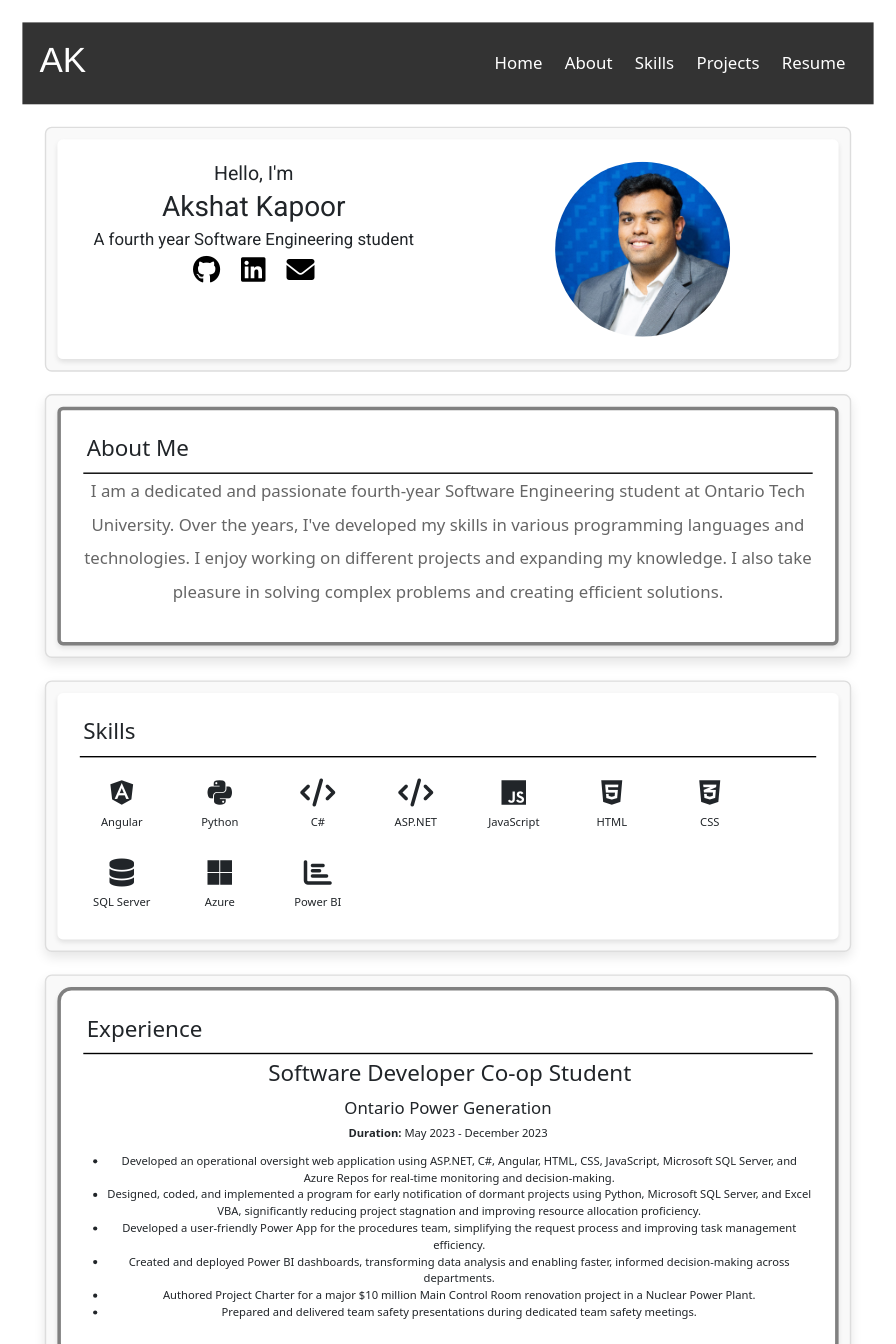
Repository: AkshatKapo/My-Portfolio
Page: /
The author's editor kept a copy of each file at every save. The page is drawn from the files as they stood at one save, then again after the next save.
The browser window is 1280 px wide. The pictures show the part of the page from y = 0 to 1920 px (the page is 3269 px tall before and 3301 px after), at 70% of full size.
The project was rebuilt for these pictures with package versions that can differ from the ones it lists, and the page was loaded fresh each time. Also part of the build but not shown: vite.config.js.

Above is the page before, as saved 2024-06-18 09:41:14.

### index.html
<!DOCTYPE html>
<html lang="en">
  <head>
    <meta charset="UTF-8" />
    <link rel="stylesheet" href="https://cdnjs.cloudflare.com/ajax/libs/font-awesome/6.0.0-beta3/css/all.min.css">
    <link rel="stylesheet" href="https://maxcdn.bootstrapcdn.com/bootstrap/4.5.2/css/bootstrap.min.css">

    <meta name="viewport" content="width=device-width, initial-scale=1.0" />
    <title>Vite + React</title>
  </head>
  <body>
    <div id="root"></div>
    <script type="module" src="/src/main.jsx"></script>
  </body>
</html>

### src/main.jsx
import React from 'react'
import ReactDOM from 'react-dom/client'
import App from './App'
import './index.css'
import 'bootstrap/dist/css/bootstrap.min.css';


ReactDOM.createRoot(document.getElementById('root')).render(
  <React.StrictMode>
    <App />
  </React.StrictMode>,
)

### src/index.css
body {
    font-family: 'Segoe UI', Tahoma, Geneva, Verdana, sans-serif;
    background-color:#ccddff;
    color:black;
    margin: 0;
    padding: 0;
  }


  #root {
    display: flex;
    flex-direction: column;
    min-height: 100vh;
  }

### src/App.css
#root {
  max-width: 1280px;
  margin: 0 auto;
  padding: 2rem;
  text-align: center;
}
.reveal {
  opacity: 0;
  transform: translateY(100px);
  transition: opacity 0.6s ease-out, transform 0.6s ease-out;
}

.reveal.active {
  opacity: 1;
  transform: translateY(0);
}

### src/components/Header.jsx
import React from 'react'
import './Header.css'

const Header = () => {
  return (
    <header>
      <h1 className='title'>AK</h1>
      <nav>
        <ul>
          <li><a href="#home">Home</a></li>
          <li><a href="#about">About</a></li>
          <li><a href="#skills">Skills</a></li>
          <li><a href="#projects">Projects</a></li>
          <li><a href="/Akshat_Kapoor_Resume.pdf">Resume</a></li>
        </ul>
      </nav>
    </header>
  )
}

export default Header

### src/components/Home.jsx
import React from "react";
import "./Home.css";

const Home = () => {
  return (
    <div className="reveal">
      <section id="home">
        <div className="home-content">
          <div className="text-content">
            <h3>Hello, I'm</h3>
            <h1>Akshat Kapoor</h1>
            <h4>A fourth year Software Engineering student</h4>
            <div className="social-icons">
              <a href="https://github.com/yourusername" target="_blank" rel="noopener noreferrer">
                <i className="fab fa-github"></i>
              </a>
              <a href="https://www.linkedin.com/in/yourusername" target="_blank" rel="noopener noreferrer">
                <i className="fab fa-linkedin"></i>
              </a>
              <a href="mailto:youremail@gmail.com" target="_blank" rel="noopener noreferrer">
                <i className="fas fa-envelope"></i>
              </a>
            </div>
          </div>
          <div id="line"></div>
          <div className="image-content">
            <img
              src="/assets/images/1666144074188.jpeg"
              alt="Akshat Kapoor"
              className="profile-image"
            />
          </div>
        </div>
      </section>
    </div>
  );
};

export default Home;

### src/components/About.jsx
import React from 'react';
import './About.css';

function About() {
  return (
    <section id="about">
      <div id='about-content'>
       <h2>About Me</h2>
       <div className='seperator'>


       </div>
       <p>I am a dedicated and passionate fourth-year Software Engineering student at Ontario Tech University. Over the years, I've developed my skills in various programming languages and technologies. I enjoy working on different projects and expanding my knowledge. I also take pleasure in solving complex problems and creating efficient solutions. </p>
      </div>
    </section>
  );
}

export default About;

### src/components/Experience.jsx
import React from 'react'
import './Experience.css'

const Experience = () => {
  return (
    <div className="reveal">
      <section id="experience">
        <div id="experience-content">
          <h2>Experience</h2>
          <div className="divider1"></div>
          <div>
            <h3>Software Developer Co-op Student</h3>
            <h4>Ontario Power Generation</h4>
            <p>
              <strong>Duration:</strong> May 2023 - December 2023
            </p>
            <ul>
              <li>Developed an operational oversight web application using ASP.NET, C#, Angular, HTML, CSS, JavaScript, Microsoft SQL Server, and Azure Repos for real-time monitoring and decision-making.</li>
              <li>Designed, coded, and implemented a program for early notification of dormant projects using Python, Microsoft SQL Server, and Excel VBA, significantly reducing project stagnation and improving resource allocation proficiency.</li>
              <li>Developed a user-friendly Power App for the procedures team, simplifying the request process and improving task management efficiency.</li>
              <li>Created and deployed Power BI dashboards, transforming data analysis and enabling faster, informed decision-making across departments.</li>
              <li>Authored Project Charter for a major $10 million Main Control Room renovation project in a Nuclear Power Plant.</li>
              <li>Prepared and delivered team safety presentations during dedicated team safety meetings.</li>
            </ul>
          </div>
        </div>
      </section>
    </div>
  )
}

export default Experience

### src/components/Contact.jsx
import React from "react";
import "./Contact.css";

const Contact = () => {
  return (
    <footer id="footer">
      <div className="footer-content">
        <ul className="footer-icons">
          <li>
            <a
              href="https://github.com/yourusername"
              target="_blank"
              rel="noopener noreferrer"
            >
              <i className="fab fa-github"></i>
            </a>
          </li>
          <li>
            <a
              href="https://www.linkedin.com/in/yourusername"
              target="_blank"
              rel="noopener noreferrer"
            >
              <i className="fab fa-linkedin"></i>
            </a>
          </li>
          <li>
            <a
              href="mailto:youremail@gmail.com"
              target="_blank"
              rel="noopener noreferrer"
            >
              <i className="fas fa-envelope"></i>
            </a>
          </li>
        </ul>

      </div>
      <p className="footer-copy">© 2024 Akshat Kapoor</p>
    </footer>
  );
};

export default Contact;

### src/components/skill.jsx
import React from 'react'
import './skill.css'

const skills = [
    { name: "Angular", icon: "fab fa-angular" },
    { name: "Python", icon: "fab fa-python" },
    { name: "C#", icon: "fas fa-code" },
    { name: "ASP.NET", icon: "fas fa-code" },
    { name: "JavaScript", icon: "fab fa-js" },
    { name: "HTML", icon: "fab fa-html5" },
    { name: "CSS", icon: "fab fa-css3-alt" },
    { name: "SQL Server", icon: "fas fa-database" },
    { name: "Azure", icon: "fab fa-microsoft" },
    { name: "Power BI", icon: "fas fa-chart-bar" },
  ];

function skill() {
  return (
    <div className="reveal">
      <section id="skills">
        <div className="skills-content">
          <h2>Skills</h2>
          <div className="separator"></div>
          <div className="skills-list">
            {skills.map((skill) => (
              <div className="skill" key={skill.name}>
                <i className={skill.icon}></i>
                <p>{skill.name}</p>
              </div>
            ))}
          </div>
        </div>
      </section>
    </div>
  )
}

export default skill

### src/components/Header.css
header {
  background-color: #333;
  color: white;
  padding: 2%;
  display: flex;
  justify-content: space-between;
  align-items: center;

    /* text-align: center; */
  }
  .title {
    font-family: 'Helvetica', sans-serif;
    font-size: 50px;
    background:white;
    -webkit-background-clip: text;
    color: transparent;
  }


  nav ul {
    list-style-type: none;
    padding: 0;
    margin: 0;
    display: flex;
  }

  nav ul li {
    margin: 0 1rem;
  }

  nav ul li a {
    color: white;
    text-decoration: none;
    font-size: 150%;
  }

### src/components/Home.css
@import url('https://fonts.googleapis.com/css2?family=Roboto:wght@300;400;700&display=swap');

#home {
  padding: 1rem;
  display: flex;
  justify-content: center;
  align-items: center;
  background-color: #f9f9f9;
  border: 2px solid #ddd; /* Light border */
  border-radius: 10px; /* Rounded corners */
  margin: 2rem; /* Margin to ensure it doesn’t touch the edges of the container */
}

.home-content {
  display: flex;
  justify-content: space-between;
  width: 100%;
  max-width: 1200px; /* Adjust the max-width as needed */
  background: #fff; /* Background for the content */
  padding: 2rem; /* Padding around the content */
  box-shadow: 0 4px 8px rgba(0, 0, 0, 0.1); /* Shadow for styling */
  border-radius: 8px; /* Rounded corners */
}

.text-content {
  flex: 1;
  padding-right: 1rem;
  font-family: 'Roboto', sans-serif;
}

.text-content h2 {
  font-size: 2.5rem; /* Adjust the font size as needed */
  font-weight: 900;
  color: #333;
  margin-bottom: 1rem;
}

.text-content p {
  font-size: 1rem; /* Adjust the font size as needed */
  line-height: 1.6; /* Adjust the line height as needed */
  color: #666;
  font-weight: 300;
}

.image-content {
  flex: 1;
  display: flex;
  justify-content: center;
}

.profile-image {
  width: 250px;
  height: 250px;
  border-radius: 50%;
  object-fit: cover;
}

.social-icons {
  display: flex;
  gap: 30px; /* Adjust the spacing between icons */
  justify-content: center;
}

.social-icons a {
  color: #000; /* Change the color if needed */
  text-decoration: none;
}

.social-icons .icon {
  width: 40px; /* Adjust the size of the icons */
  height: 40px; /* Adjust the size of the icons */
}

.social-icons i {
  font-size: 40px; /* Adjust the size of the font-awesome icons */
}

/* Add hover effect if desired */
.social-icons a:hover {
  opacity: 0.7; /* Example hover effect */
}

#line {
  border-left: 2px solid black;
  height: 100%; /* Set to the desired height */
  margin: 0 20px; /* Adjust as needed to create space around the line */
}

### src/components/Experience.css
#experience {
  padding: 1rem;
  display: flex;
  background-color: #f9f9f9;
  border: 2px solid #ddd; /* Light border */
  border-radius: 10px; /* Rounded corners */
  box-shadow: 0 8px 16px rgba(0, 0, 0, 0.1); /* Shadow for depth */
  margin: 2rem; /* Margin to ensure it doesn’t touch the edges of the container */
  }
  #experience-content{
    display: table-column;
    justify-content: space-between;
    width: 100%;
    max-width: 1200px; /* Adjust the max-width as needed */
    background: #fff; /* Background for the content */
    padding: 2rem; /* Padding around the content */
    box-shadow: 0 4px 8px rgba(0, 0, 0, 0.1); /* Shadow for styling */
    border-radius: 20px; /* Rounded corners */
    border: 5px solid grey;
  }
  #experience h2 {
    font-size: 2rem;
    text-align: left; /* This will align the heading to the left */
    margin-bottom: 1rem; /* Adding some space between the heading and the paragraph */
    margin-top: 0.2rem;
    margin-left: 0.3rem;

  }
  .divider1 {
    border-top: 2px solid black;
    width: 100%; /* Adjust as needed */
    margin: 20px 3; /* Adjust as needed */
  }
  #experience h3 {
    font-size: 2rem;
    text-align: center;
    margin-bottom: 1rem; /* Adding some space between the heading and the paragraph */
    margin-top: 0.5rem;
    margin-left: 0.3rem;

  }
  .experience-content ul {
    list-style-type: disc; /* or another type of bullet, like circle or square */
    margin-left: 20px;
  }

  .experience-content li {
    margin-bottom: 10px;
  }

### src/components/Contact.css
#footer {
  background-color: #333;
  padding: 1rem 0;
  text-align: center;
  color: white;
}

.footer-content {
  display: flex;
  justify-content: center;
  align-items: center;
  margin-bottom: 1rem;
}

.footer-icons {
  list-style: none;
  padding: 0;
  margin: 0;
  text-align: center;
}

.footer-icons li {
  display: inline-block;
  margin: 0 20px; /* Increased margin for more gap between icons */
}

.footer-icons li a {
  color: grey; /* Change color as needed */
  font-size: 40px; /* Adjust size as needed */
  text-decoration: none;
}

.footer-icons li a:hover {
  color: #007bff; /* Change color on hover as needed */
}
.footer-copy {
  margin-top: 1rem;
  font-size: 16px;
  color: #aaa;
}

### src/components/skill.css
#skills {
  padding: 1rem;
  display: flex;
  background-color: #f9f9f9;
  border: 2px solid #ddd; /* Light border */
  border-radius: 10px; /* Rounded corners */
  box-shadow: 0 8px 16px rgba(0, 0, 0, 0.1); /* Shadow for depth */
  margin: 2rem; /* Margin to ensure it doesn’t touch the edges of the container */
}

.skills-content {
  display: table-column;
  justify-content: space-between;
  width: 100%;
  max-width: 1200px; /* Adjust the max-width as needed */
  background: #fff; /* Background for the content */
  padding: 2rem; /* Padding around the content */
  box-shadow: 0 4px 8px rgba(0, 0, 0, 0.1); /* Shadow for styling */
  border-radius: 8px; /* Rounded corners */
}

.skills-list {
  display: flex;
  flex-wrap: wrap;
  gap: 20px;
}

#skills h2 {
  font-size: 2rem;
  text-align: left; /* This will align the heading to the left */
  margin-bottom: 1rem; /* Adding some space between the heading and the paragraph */
  margin-top: 0.2rem;
  margin-left: 0.3rem;
}

.skill {
  display: flex;
  flex-direction: column;
  align-items: center;
  width: 100px;
  margin: 10px;
}

.skill i {
  font-size: 40px;
  margin-bottom: 10px;
}

.skill p {
  font-size: 16px;
  margin: 0;
}

.separator {
  height: 2px;
  width: 100%; /* Set to 100% to fill the parent container */
  background-color: #000;
  margin: 10px auto 20px;
}

Loaded but not shown: src/components/projects.css (103 lines, source omitted); src/components/projects.jsx (77 lines, source omitted); src/App.jsx (62 lines, source omitted); src/components/About.css (92 lines, source omitted)

After the next save:
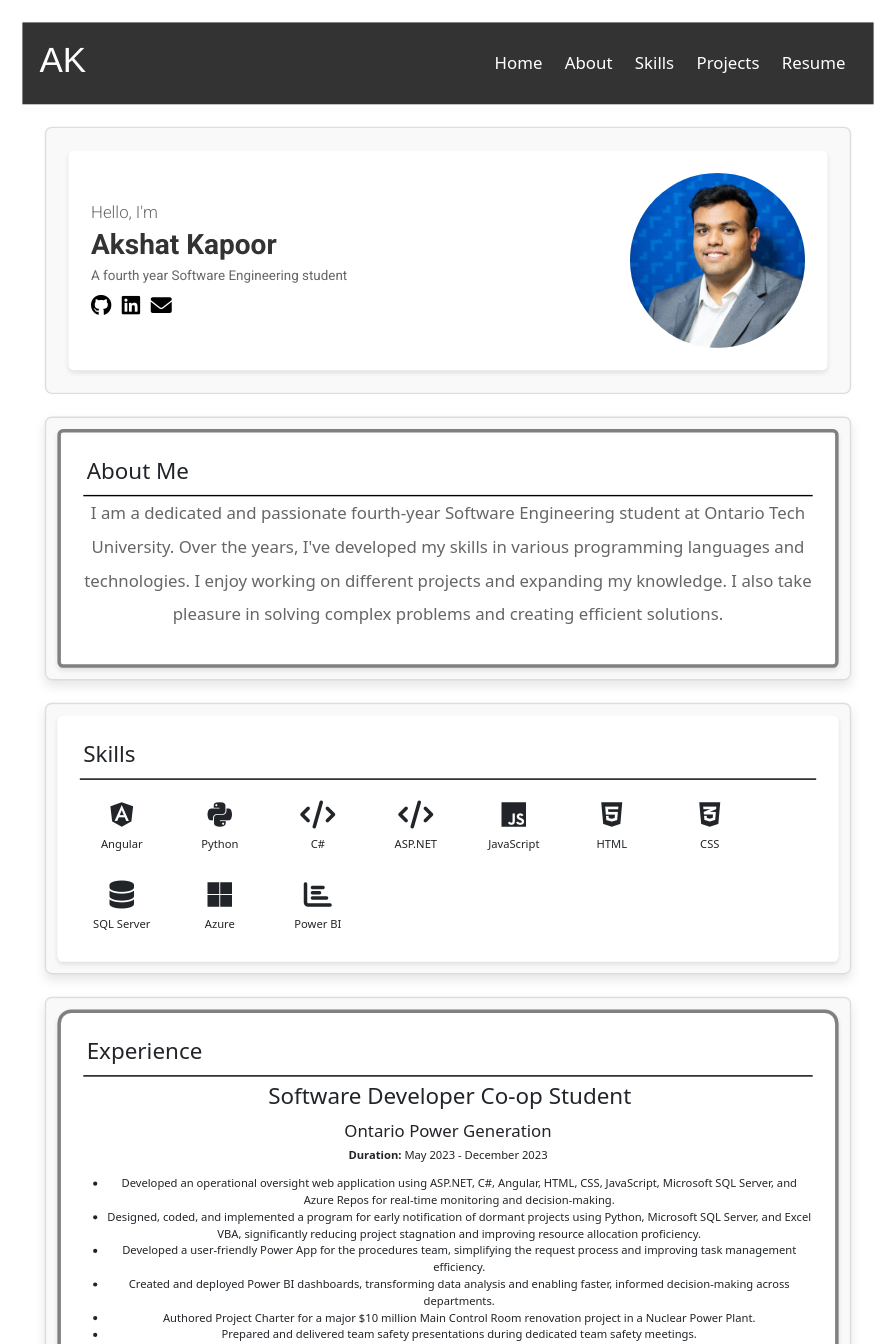
Saved 7 min 44 s later.
--- a/src/components/Home.css
+++ b/src/components/Home.css
@@ -1,7 +1,7 @@
 @import url('https://fonts.googleapis.com/css2?family=Roboto:wght@300;400;700&display=swap');
 
 #home {
-  padding: 1rem;
+  padding: 2rem;
   display: flex;
   justify-content: center;
   align-items: center;
@@ -14,6 +14,7 @@
 .home-content {
   display: flex;
   justify-content: space-between;
+  align-items: center;
   width: 100%;
   max-width: 1200px; /* Adjust the max-width as needed */
   background: #fff; /* Background for the content */
@@ -24,41 +25,52 @@
 
 .text-content {
   flex: 1;
-  padding-right: 1rem;
+  padding-right: 1.5rem;
   font-family: 'Roboto', sans-serif;
+  text-align: left;
 }
 
-.text-content h2 {
+.text-content h3 {
+  font-size: 1.5rem; /* Adjust the font size as needed */
+  font-weight: 300;
+  color: #666;
+  margin-bottom: 0.5rem;
+}
+
+.text-content h1 {
   font-size: 2.5rem; /* Adjust the font size as needed */
-  font-weight: 900;
+  font-weight: 700;
   color: #333;
+  margin-bottom: 0.5rem;
+}
+
+.text-content h4 {
+  font-size: 1.2rem; /* Adjust the font size as needed */
+  font-weight: 400;
+  color: #666;
   margin-bottom: 1rem;
 }
 
-.text-content p {
-  font-size: 1rem; /* Adjust the font size as needed */
-  line-height: 1.6; /* Adjust the line height as needed */
-  color: #666;
-  font-weight: 300;
-}
-
 .image-content {
-  flex: 1;
+  flex: 0 0 250px;
   display: flex;
   justify-content: center;
+  align-items: center;
 }
 
 .profile-image {
-  width: 250px;
-  height: 250px;
+  width: 100%;
+  height: auto;
+  max-width: 250px;
+  max-height: 250px;
   border-radius: 50%;
   object-fit: cover;
 }
 
 .social-icons {
   display: flex;
-  gap: 30px; /* Adjust the spacing between icons */
-  justify-content: center;
+  gap: 15px; /* Adjust the spacing between icons */
+  justify-content: flex-start;
 }
 
 .social-icons a {
@@ -66,13 +78,8 @@
   text-decoration: none;
 }
 
-.social-icons .icon {
-  width: 40px; /* Adjust the size of the icons */
-  height: 40px; /* Adjust the size of the icons */
-}
-
 .social-icons i {
-  font-size: 40px; /* Adjust the size of the font-awesome icons */
+  font-size: 30px; /* Adjust the size of the font-awesome icons */
 }
 
 /* Add hover effect if desired */
@@ -82,6 +89,6 @@
 
 #line {
   border-left: 2px solid black;
-  height: 100%; /* Set to the desired height */
-  margin: 0 20px; /* Adjust as needed to create space around the line */
+  height: auto; /* Set to auto to match the height of the content */
+  margin: 0 2rem; /* Adjust as needed to create space around the line */
 }

After the 3 saves that followed:
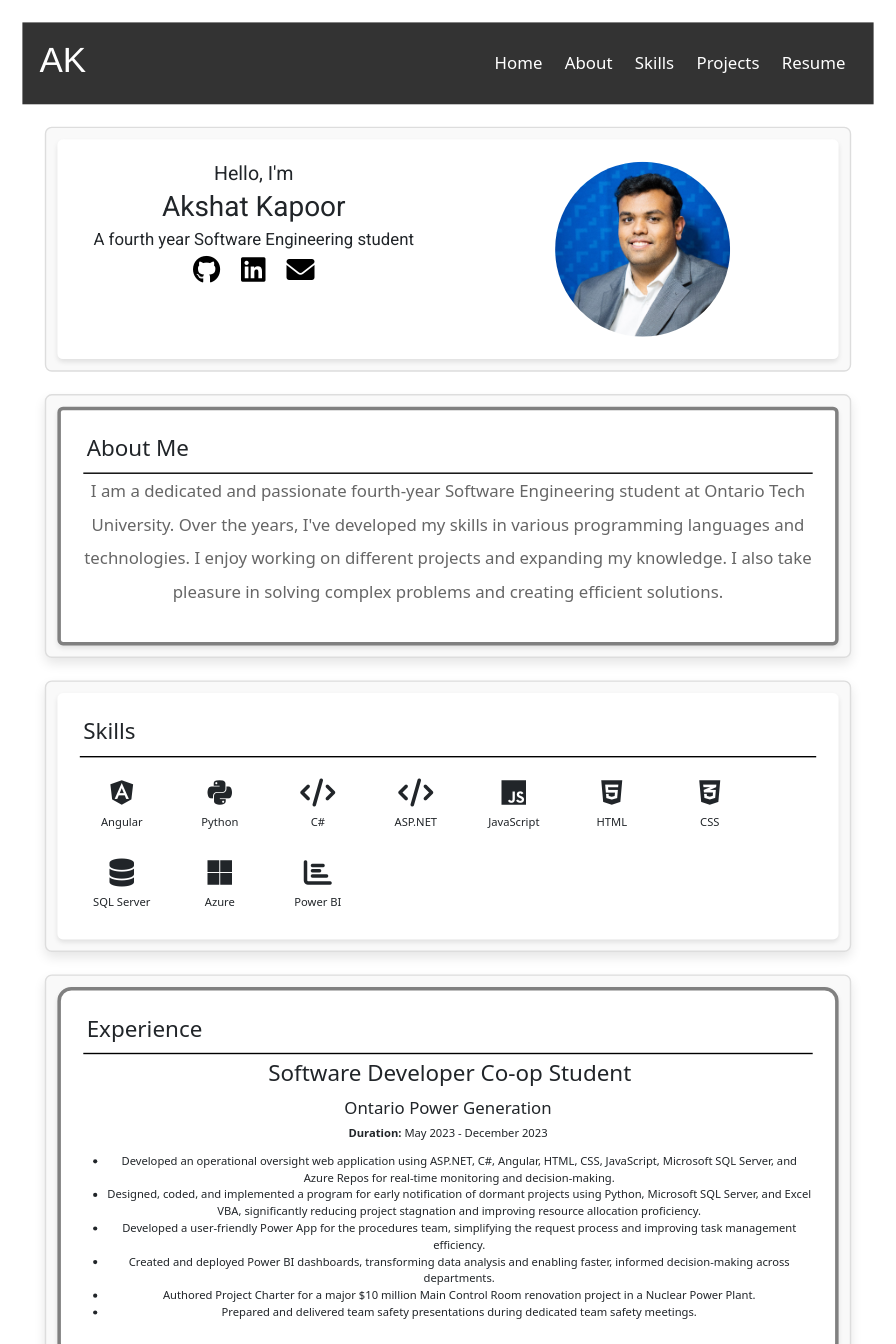
The 3 saves are shown as one change because 1 did not build or start and 1 left the picture as it was.
The last was saved 45 s later.
--- a/src/components/Home.css
+++ b/src/components/Home.css
@@ -1,7 +1,7 @@
 @import url('https://fonts.googleapis.com/css2?family=Roboto:wght@300;400;700&display=swap');
 
 #home {
-  padding: 2rem;
+  padding: 1rem;
   display: flex;
   justify-content: center;
   align-items: center;
@@ -14,7 +14,6 @@
 .home-content {
   display: flex;
   justify-content: space-between;
-  align-items: center;
   width: 100%;
   max-width: 1200px; /* Adjust the max-width as needed */
   background: #fff; /* Background for the content */
@@ -25,52 +24,41 @@
 
 .text-content {
   flex: 1;
-  padding-right: 1.5rem;
+  padding-right: 1rem;
   font-family: 'Roboto', sans-serif;
-  text-align: left;
 }
 
-.text-content h3 {
-  font-size: 1.5rem; /* Adjust the font size as needed */
-  font-weight: 300;
-  color: #666;
-  margin-bottom: 0.5rem;
-}
-
-.text-content h1 {
+.text-content h2 {
   font-size: 2.5rem; /* Adjust the font size as needed */
-  font-weight: 700;
+  font-weight: 900;
   color: #333;
-  margin-bottom: 0.5rem;
-}
-
-.text-content h4 {
-  font-size: 1.2rem; /* Adjust the font size as needed */
-  font-weight: 400;
-  color: #666;
   margin-bottom: 1rem;
 }
 
+.text-content p {
+  font-size: 1rem; /* Adjust the font size as needed */
+  line-height: 1.6; /* Adjust the line height as needed */
+  color: #666;
+  font-weight: 300;
+}
+
 .image-content {
-  flex: 0 0 250px;
+  flex: 1;
   display: flex;
   justify-content: center;
-  align-items: center;
 }
 
 .profile-image {
-  width: 100%;
-  height: auto;
-  max-width: 250px;
-  max-height: 250px;
+  width: 250px;
+  height: 250px;
   border-radius: 50%;
   object-fit: cover;
 }
 
 .social-icons {
   display: flex;
-  gap: 15px; /* Adjust the spacing between icons */
-  justify-content: flex-start;
+  gap: 30px; /* Adjust the spacing between icons */
+  justify-content: center;
 }
 
 .social-icons a {
@@ -78,8 +66,13 @@
   text-decoration: none;
 }
 
+.social-icons .icon {
+  width: 40px; /* Adjust the size of the icons */
+  height: 40px; /* Adjust the size of the icons */
+}
+
 .social-icons i {
-  font-size: 30px; /* Adjust the size of the font-awesome icons */
+  font-size: 40px; /* Adjust the size of the font-awesome icons */
 }
 
 /* Add hover effect if desired */
@@ -89,6 +82,6 @@
 
 #line {
   border-left: 2px solid black;
-  height: auto; /* Set to auto to match the height of the content */
-  margin: 0 2rem; /* Adjust as needed to create space around the line */
+  height: 100%; /* Set to the desired height */
+  margin: 0 20px; /* Adjust as needed to create space around the line */
 }
